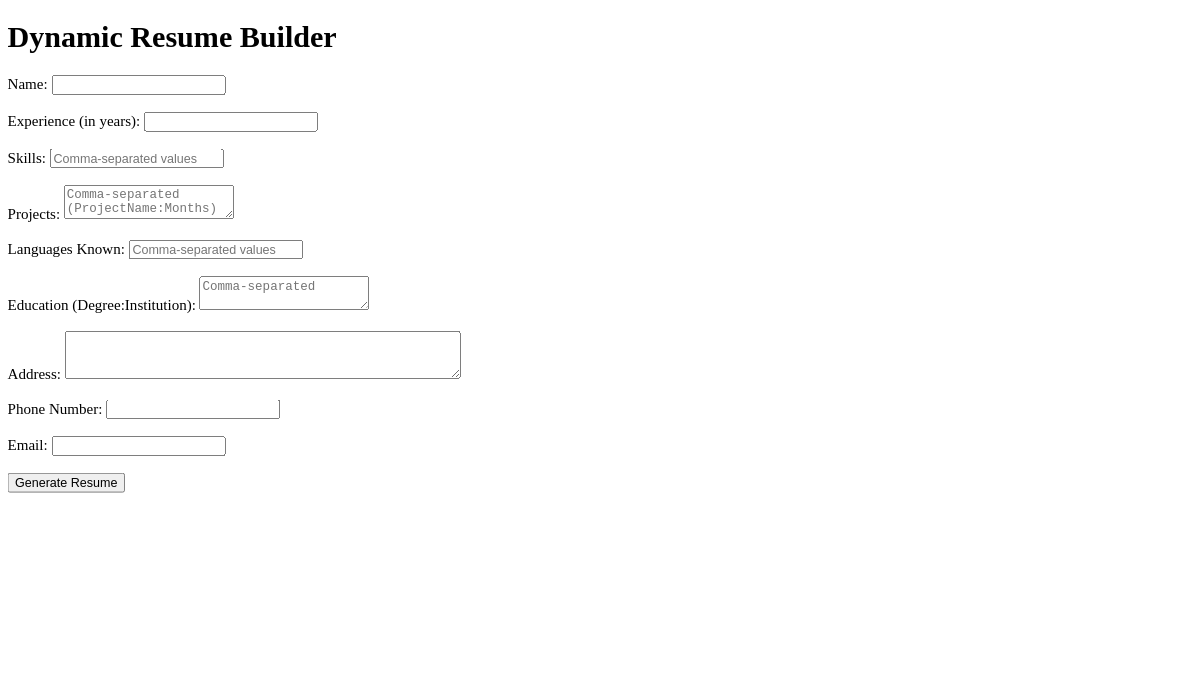
Repository: ashwin2-0/MineEclipseProjects
Page: http://localhost/springMVC/resume
The author's editor kept a copy of each file at every save. The page is drawn from the files as they stood at one save, then again after the next save.
The browser window is 1280 px wide. The pictures show the whole page, at 94% of full size.
The page is served by Tomcat 9. Other server files are loaded and not shown.

Above is the page before, as saved 2025-04-10 20:27:39.

### Spring_Core/SpringMVC/springMVC/src/main/webapp/WEB-INF/spring-servlet.xml
<?xml version="1.0" encoding="UTF-8"?>
<beans xmlns="http://www.springframework.org/schema/beans"
	xmlns:xsi="http://www.w3.org/2001/XMLSchema-instance"
	xmlns:p="http://www.springframework.org/schema/p"
	xmlns:context="http://www.springframework.org/schema/context"
	xsi:schemaLocation="
           http://www.springframework.org/schema/beans
           https://www.springframework.org/schema/beans/spring-beans.xsd
           http://www.springframework.org/schema/context
           https://www.springframework.org/schema/context/spring-context.xsd">

	<context:component-scan
		base-package="springMVC.controller"></context:component-scan>
	<bean
		class="org.springframework.web.servlet.view.InternalResourceViewResolver"
		name="viewResolver">
		<property name="prefix" value="/WEB-INF/views/"></property>
		<property name="suffix" value=".jsp"></property>
	</bean>

</beans>

### Spring_Core/SpringMVC/springMVC/src/main/webapp/WEB-INF/views/resume.jsp
<%@ page language="java" contentType="text/html; charset=UTF-8"
    pageEncoding="UTF-8"%>
<!DOCTYPE html>
<html>
<head>
    <meta charset="UTF-8">
    <title>Dynamic Resume Builder</title>
</head>
<body>
    <h1>Dynamic Resume Builder</h1>
    <form action="generateResume" method="post">
        <!-- String -->
        <label for="name">Name:</label>
        <input type="text" id="name" name="name" required><br><br>

        <!-- Integer -->
        <label for="experience">Experience (in years):</label>
        <input type="number" id="experience" name="experience" required><br><br>

        <!-- Collection (List of Strings) -->
        <label for="skills">Skills:</label>
        <input type="text" id="skills" name="skills" placeholder="Comma-separated values" required><br><br>

        <!-- Collection (Map of String to Integer) -->
        <label for="projects">Projects:</label>
        <textarea id="projects" name="projects" placeholder="Comma-separated (ProjectName:Months)" required></textarea><br><br>

        <!-- Collection (Set of Strings) -->
        <label for="languages">Languages Known:</label>
        <input type="text" id="languages" name="languages" placeholder="Comma-separated values" required><br><br>

        <!-- Map (String to String) -->
        <label for="education">Education (Degree:Institution):</label>
        <textarea id="education" name="education" placeholder="Comma-separated" required></textarea><br><br>

        <!-- Address -->
        <label for="address">Address:</label>
        <textarea id="address" name="address" rows="3" cols="50" required></textarea><br><br>

        <!-- Phone Number -->
        <label for="phone">Phone Number:</label>
        <input type="tel" id="phone" name="phone" pattern="[0-9]{10}" required><br><br>

        <!-- Email -->
        <label for="email">Email:</label>
        <input type="email" id="email" name="email" required><br><br>

        <button type="submit">Generate Resume</button>
    </form>
</body>
</html>

### Spring_Core/SpringMVC/springMVC/src/main/java/springMVC/controller/HomeController.java
package springMVC.controller;

import java.time.LocalDateTime;
import java.util.ArrayList;
import java.util.Arrays;
import java.util.List;

import org.springframework.stereotype.Controller;
import org.springframework.ui.Model;
import org.springframework.web.bind.annotation.RequestMapping;
import org.springframework.web.servlet.ModelAndView;

@Controller
public class HomeController {
	@RequestMapping("/home")
	public String home(Model model) {
		System.out.println("from homeController inside home method");
		model.addAttribute("name", "Durgesh Tiwar");
		model.addAttribute("sname", "Aniket Kumar Joshis");
		List<String> sub = Arrays.asList("Java,Spring Boot, JSP , Jquery ,MySQL");
		model.addAttribute("subjects", sub);
		String page = "index";
		return page;
	}

	@RequestMapping("/about")
	public String about() {
		System.out.println("from homeController inside About  method");
		String page = "about";
		return page;
	}

	// writing to show the demo of model and view
	@RequestMapping("/help")
	public ModelAndView help() {

		ModelAndView modelAndView = new ModelAndView();
		modelAndView.addObject("name", "Die With You");
		modelAndView.addObject("collection", 2000);
		LocalDateTime time = LocalDateTime.now();
		String t = time.toString();
		 List<Integer> numbers = new ArrayList<>();
	        for (int i = 1; i <= 10; i++) {
	            numbers.add(i);
	        }
		modelAndView.addObject("numbers", numbers);
		modelAndView.setViewName("help");
		return modelAndView;

	}

	@RequestMapping("/resume")
	public ModelAndView resume() {

		ModelAndView modelAndView = new ModelAndView();

		modelAndView.setViewName("resume");
		return modelAndView;

	}
}

After the next save:
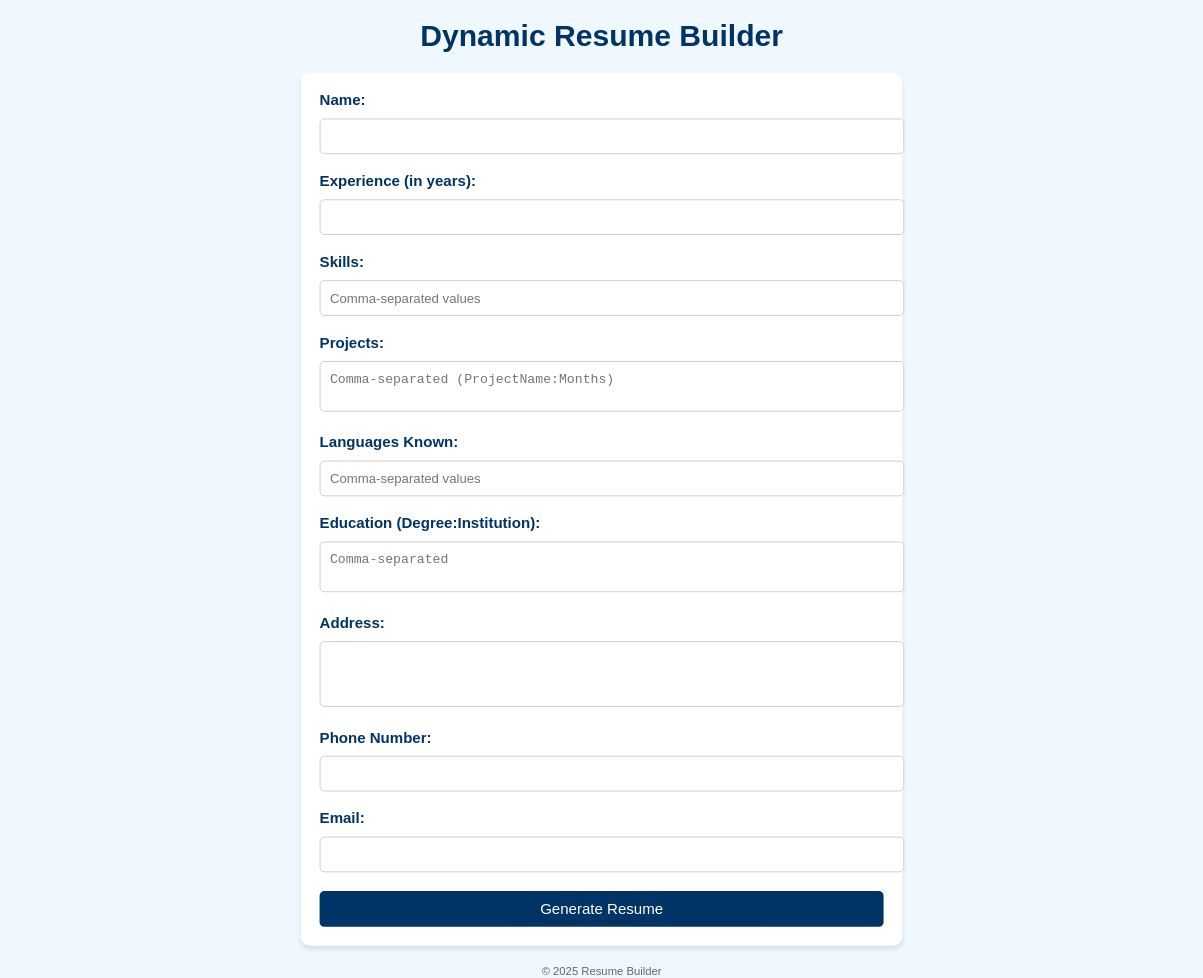
Saved 93 s later.
--- a/Spring_Core/SpringMVC/springMVC/src/main/webapp/WEB-INF/views/resume.jsp
+++ b/Spring_Core/SpringMVC/springMVC/src/main/webapp/WEB-INF/views/resume.jsp
@@ -5,47 +5,104 @@
 <head>
     <meta charset="UTF-8">
     <title>Dynamic Resume Builder</title>
+    <style>
+        body {
+            font-family: Arial, sans-serif;
+            background-color: #f0f8ff;
+            margin: 0;
+            padding: 0;
+        }
+
+        h1 {
+            text-align: center;
+            color: #003366;
+            margin-top: 20px;
+        }
+
+        form {
+            max-width: 600px;
+            margin: auto;
+            background: #ffffff;
+            padding: 20px;
+            border-radius: 10px;
+            box-shadow: 0px 4px 6px rgba(0, 0, 0, 0.1);
+        }
+
+        label {
+            display: block;
+            margin-bottom: 10px;
+            font-weight: bold;
+            color: #003366;
+        }
+
+        input[type="text"], input[type="number"], input[type="tel"], input[type="email"], textarea {
+            width: 100%;
+            padding: 10px;
+            margin-bottom: 20px;
+            border: 1px solid #ccc;
+            border-radius: 5px;
+            font-size: 14px;
+        }
+
+        button {
+            width: 100%;
+            padding: 10px;
+            background-color: #003366;
+            color: #ffffff;
+            border: none;
+            border-radius: 5px;
+            font-size: 16px;
+            cursor: pointer;
+        }
+
+        button:hover {
+            background-color: #005a99;
+        }
+
+        textarea {
+            resize: none;
+        }
+
+        footer {
+            text-align: center;
+            margin-top: 20px;
+            font-size: 12px;
+            color: #666666;
+        }
+    </style>
 </head>
 <body>
     <h1>Dynamic Resume Builder</h1>
     <form action="generateResume" method="post">
-        <!-- String -->
         <label for="name">Name:</label>
-        <input type="text" id="name" name="name" required><br><br>
+        <input type="text" id="name" name="name" required>
 
-        <!-- Integer -->
         <label for="experience">Experience (in years):</label>
-        <input type="number" id="experience" name="experience" required><br><br>
+        <input type="number" id="experience" name="experience" required>
 
-        <!-- Collection (List of Strings) -->
         <label for="skills">Skills:</label>
-        <input type="text" id="skills" name="skills" placeholder="Comma-separated values" required><br><br>
+        <input type="text" id="skills" name="skills" placeholder="Comma-separated values" required>
 
-        <!-- Collection (Map of String to Integer) -->
         <label for="projects">Projects:</label>
-        <textarea id="projects" name="projects" placeholder="Comma-separated (ProjectName:Months)" required></textarea><br><br>
+        <textarea id="projects" name="projects" placeholder="Comma-separated (ProjectName:Months)" required></textarea>
 
-        <!-- Collection (Set of Strings) -->
         <label for="languages">Languages Known:</label>
-        <input type="text" id="languages" name="languages" placeholder="Comma-separated values" required><br><br>
+        <input type="text" id="languages" name="languages" placeholder="Comma-separated values" required>
 
-        <!-- Map (String to String) -->
         <label for="education">Education (Degree:Institution):</label>
-        <textarea id="education" name="education" placeholder="Comma-separated" required></textarea><br><br>
+        <textarea id="education" name="education" placeholder="Comma-separated" required></textarea>
 
-        <!-- Address -->
         <label for="address">Address:</label>
-        <textarea id="address" name="address" rows="3" cols="50" required></textarea><br><br>
+        <textarea id="address" name="address" rows="3" required></textarea>
 
-        <!-- Phone Number -->
         <label for="phone">Phone Number:</label>
-        <input type="tel" id="phone" name="phone" pattern="[0-9]{10}" required><br><br>
+        <input type="tel" id="phone" name="phone" pattern="[0-9]{10}" required>
 
-        <!-- Email -->
         <label for="email">Email:</label>
-        <input type="email" id="email" name="email" required><br><br>
+        <input type="email" id="email" name="email" required>
 
         <button type="submit">Generate Resume</button>
     </form>
+    <footer>&copy; 2025 Resume Builder</footer>
 </body>
 </html>
